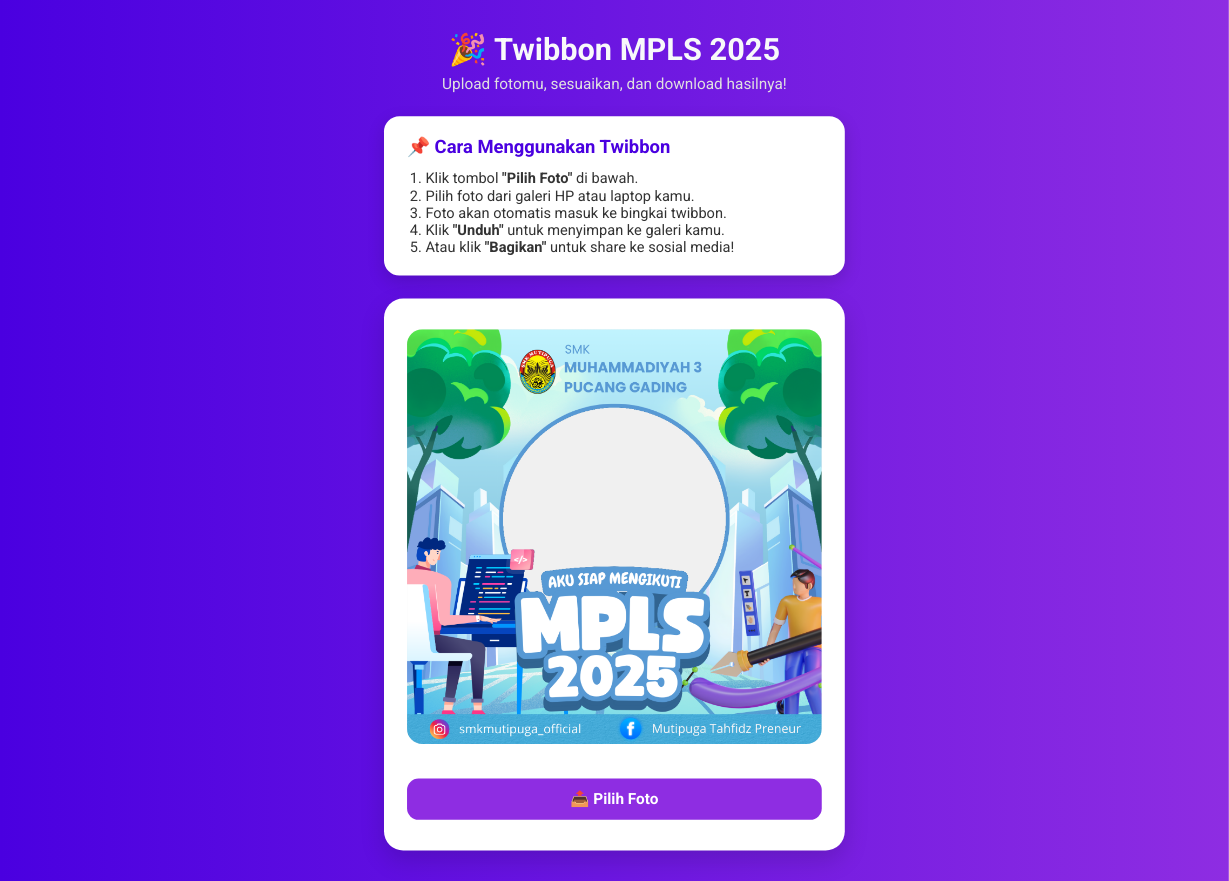
Repository: ppdbsmkmutipuga/twibbonmpls
Page: index.html
An editor plug-in stored every save of this project. The page is shown before and after the next save, followed by the edit.
The browser window is 1280 px wide. The pictures show the whole page, at 96% of full size.

Above is the page before, as saved 2025-07-12 11:50:51.

After the next save:
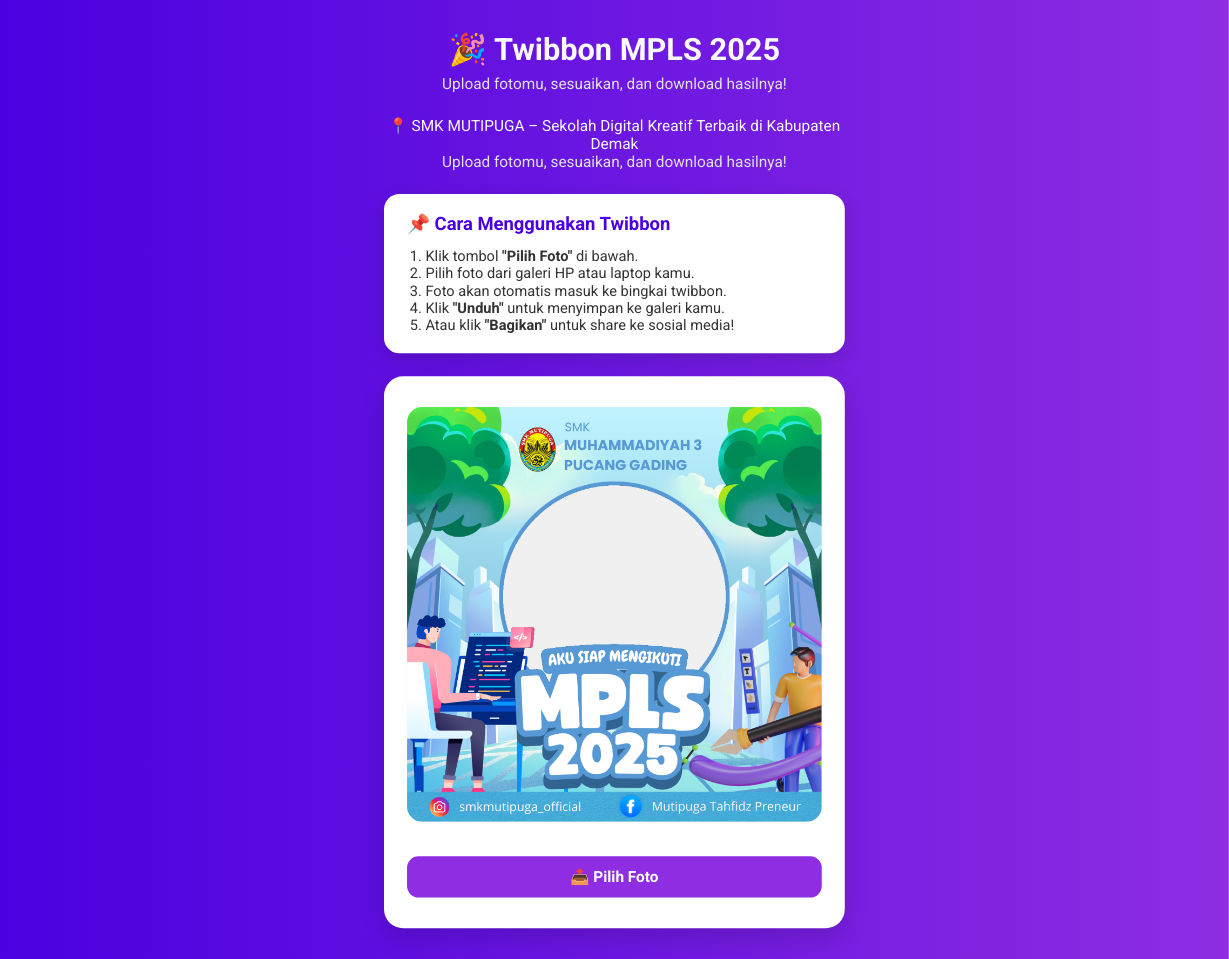
Saved 2 min 18 s later.
--- a/index.html
+++ b/index.html
@@ -11,7 +11,11 @@
 
 <body>
     <main class="container">
-        <h1>🎉 Twibbon MPLS 2025</h1>
+       <h1>🎉 Twibbon MPLS 2025</h1>
+<p class="subtitle">Upload fotomu, sesuaikan, dan download hasilnya!</p>
+
+<!-- ✅ Tambahan Tagline -->
+<p class="tagline">📍 SMK MUTIPUGA – Sekolah Digital Kreatif Terbaik di Kabupaten Demak</p>
         <p class="subtitle">Upload fotomu, sesuaikan, dan download hasilnya!</p>
 
         <!-- Petunjuk Awam -->
